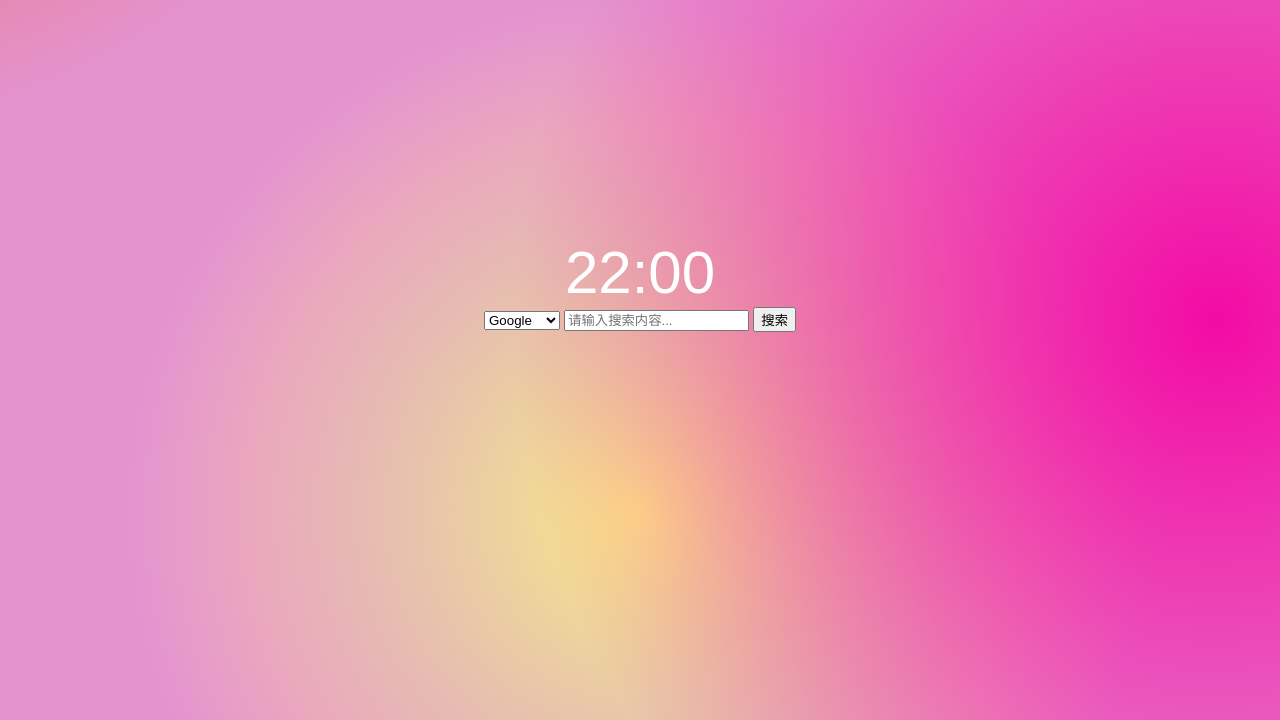
Repository: RADEKWRLD/NaviR
Page: index.html
These files come from the project's save history. The page is drawn as it stood at one moment and after the next save; the edit follows.
The browser window is 1280 px wide. The pictures show the whole page.

Above is the page before, as saved 2025-05-23 22:17:56.

### index.html
<!DOCTYPE html>
<html lang="en">
<head>
    <meta charset="UTF-8">
    <meta name="viewport" content="width=device-width, initial-scale=1.0">
    <title>Document</title>
    <link rel="stylesheet" href="style.css">
</head>
<body>
    <div id="main">
        <div id="clock"><span>00:00</span></div>

        <div class="search-container">
            <form id="search-form">
                <select id="search-engine" class="search-engine">
                </select>
                <input type="text" id="search-input" placeholder="请输入搜索内容...">
                <button type="submit">搜索</button>
            </form>
        </div>
    </div>




    <script src="main/script.js"></script>
</body>
</html>

### style.css

:root {
    font-size: 15px;
}

body {
    font-family: 'Quicksand', sans-serif;
    margin: 0;
    min-height: 100vh;
    background-color: #e493d0;
    background-image:
        radial-gradient(closest-side, rgba(235, 105, 78, 1), rgba(235, 105, 78, 0)),
        radial-gradient(closest-side, rgba(243, 11, 164, 1), rgba(243, 11, 164, 0)),
        radial-gradient(closest-side, rgba(254, 234, 131, 1), rgba(254, 234, 131, 0)),
        radial-gradient(closest-side, rgba(170, 142, 245, 1), rgba(170, 142, 245, 0)),
        radial-gradient(closest-side, rgba(248, 192, 147, 1), rgba(248, 192, 147, 0));
    background-size:
        130vmax 130vmax,
        80vmax 80vmax,
        90vmax 90vmax,
        110vmax 110vmax,
        90vmax 90vmax;
    background-position:
        -80vmax -80vmax,
        60vmax -30vmax,
        10vmax 10vmax,
        -30vmax -10vmax,
        50vmax 50vmax;
    background-repeat: no-repeat;
    animation: 10s movement linear infinite;
}

@keyframes movement {
    0%, 100% {
        background-size:
            130vmax 130vmax,
            80vmax 80vmax,
            90vmax 90vmax,
            110vmax 110vmax,
            90vmax 90vmax;
        background-position:
            -80vmax -80vmax,
            60vmax -30vmax,
            10vmax 10vmax,
            -30vmax -10vmax,
            50vmax 50vmax;
    }
    25% {
        background-size:
            100vmax 100vmax,
            90vmax 90vmax,
            100vmax 100vmax,
            90vmax 90vmax,
            60vmax 60vmax;
        background-position:
            -60vmax -90vmax,
            50vmax -40vmax,
            0vmax -20vmax,
            -40vmax -20vmax,
            40vmax 60vmax;
    }
    50% {
        background-size:
            80vmax 80vmax,
            110vmax 110vmax,
            80vmax 80vmax,
            60vmax 60vmax,
            80vmax 80vmax;
        background-position:
            -50vmax -70vmax,
            40vmax -30vmax,
            10vmax 0vmax,
            20vmax 10vmax,
            30vmax 70vmax;
    }
    75% {
        background-size:
            90vmax 90vmax,
            90vmax 90vmax,
            100vmax 100vmax,
            90vmax 90vmax,
            70vmax 70vmax;
        background-position:
            -50vmax -40vmax,
            50vmax -30vmax,
            20vmax 0vmax,
            -10vmax 10vmax,
            40vmax 60vmax;
    }
}

#main{
    transition: all 0.3s ease;
    transform: translateY(-5rem);
    display: flex;
    flex-direction: column;
    align-items: center;
    justify-content: center;
    height: 100vh;
}

#clock{
    font-size: 4rem;
    color: #fff;
}

### main/script.js
//更新时间
function updateTime() {
    const now = new Date();
    const hours = String(now.getHours()).padStart(2, '0');
    const minutes = String(now.getMinutes()).padStart(2, '0');
    const timeString = `${hours}:${minutes}`;
    document.getElementById('clock').textContent = timeString;
}

// 搜索引擎配置
const searchEngines = {
    google: {
        name: 'Google',
        url: 'https://www.google.com/search?q='
    },
    bing: {
        name: 'Bing',
        url: 'https://www.bing.com/search?q='
    },
    baidu: {
        name: '百度',
        url: 'https://www.baidu.com/s?wd='
    },
    bingcn: {
        name: '必应中国',
        url: 'https://cn.bing.com/search?q='
    },
    github: {
        name: 'GitHub',
        url: 'https://github.com/search?q='
    },
    zhihu: {
        name: '知乎',
        url: 'https://www.zhihu.com/search?q='
    }
};

// 初始化搜索功能
function initSearch() {
    const searchForm = document.getElementById('search-form');
    const searchInput = document.getElementById('search-input');
    const searchEngine = document.getElementById('search-engine');

    // 动态添加搜索引擎选项
    for (const [key, engine] of Object.entries(searchEngines)) {
        const option = document.createElement('option');
        option.value = key;
        option.textContent = engine.name;
        searchEngine.appendChild(option);
    }

    searchForm.addEventListener('submit', function(e) {
        e.preventDefault();
        const searchTerm = searchInput.value.trim();
        if (searchTerm) {
            const engine = searchEngine.value;
            const searchUrl = searchEngines[engine].url + encodeURIComponent(searchTerm);
            window.location.href = searchUrl;
        }
    });
}





function init() {
    updateTime();
    setInterval(updateTime, 1000);
    // 搜索框事件监听
    initSearch();
}
init();

After the next save:
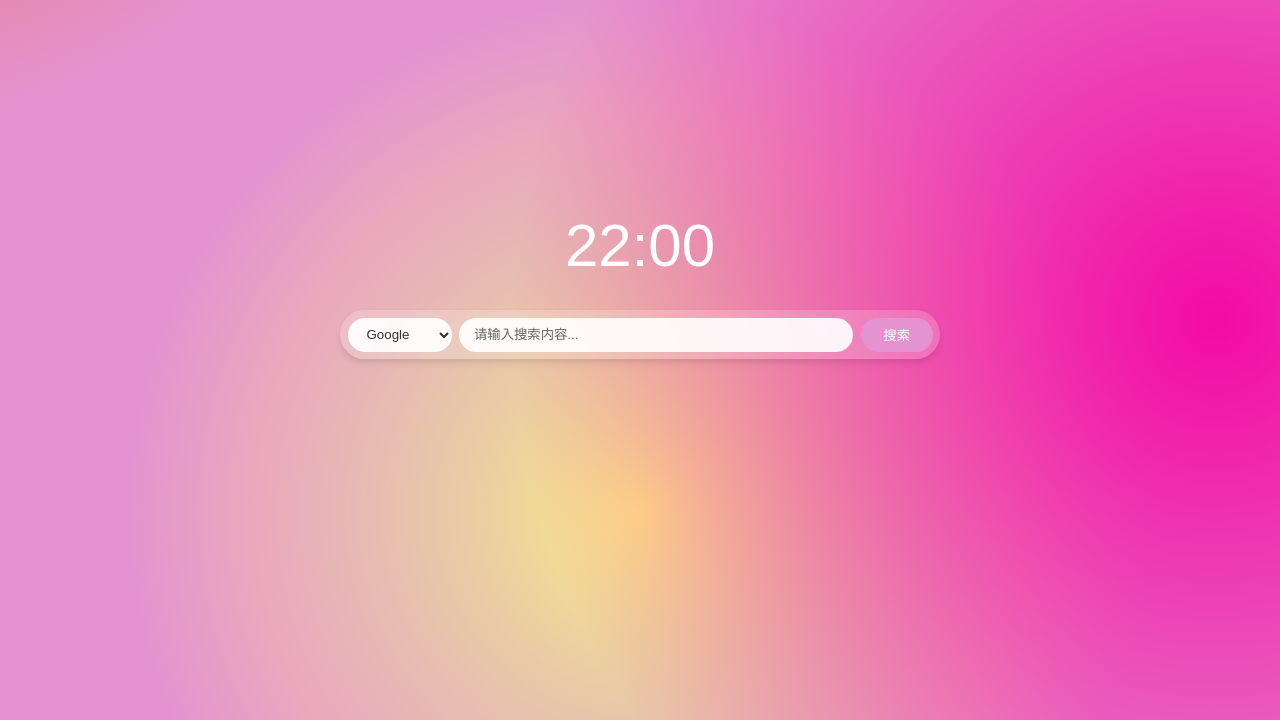
Saved 17 s later.
--- a/style.css
+++ b/style.css
@@ -1,4 +1,3 @@
-
 :root {
     font-size: 15px;
 }
@@ -103,3 +102,61 @@ body {
     font-size: 4rem;
     color: #fff;
 }
+
+.search-container {
+    margin-top: 2rem;
+    width: 100%;
+    max-width: 600px;
+    padding: 0 1rem;
+}
+
+#search-form {
+    display: flex;
+    gap: 0.5rem;
+    background: rgba(255, 255, 255, 0.2);
+    padding: 0.5rem;
+    border-radius: 50px;
+    backdrop-filter: blur(10px);
+    box-shadow: 0 4px 6px rgba(0, 0, 0, 0.1);
+}
+
+.search-engine {
+    padding: 0.5rem 1rem;
+    border: none;
+    border-radius: 25px;
+    background: rgba(255, 255, 255, 0.9);
+    color: #333;
+    font-family: 'Quicksand', sans-serif;
+    cursor: pointer;
+    outline: none;
+}
+
+#search-input {
+    flex: 1;
+    padding: 0.5rem 1rem;
+    border: none;
+    border-radius: 25px;
+    background: rgba(255, 255, 255, 0.9);
+    color: #333;
+    font-family: 'Quicksand', sans-serif;
+    outline: none;
+}
+
+#search-input::placeholder {
+    color: #666;
+}
+
+#search-form button {
+    padding: 0.5rem 1.5rem;
+    border: none;
+    border-radius: 25px;
+    background: #e493d0;
+    color: white;
+    font-family: 'Quicksand', sans-serif;
+    cursor: pointer;
+    transition: background-color 0.3s ease;
+}
+
+#search-form button:hover {
+    background: #d17dbd;
+}
